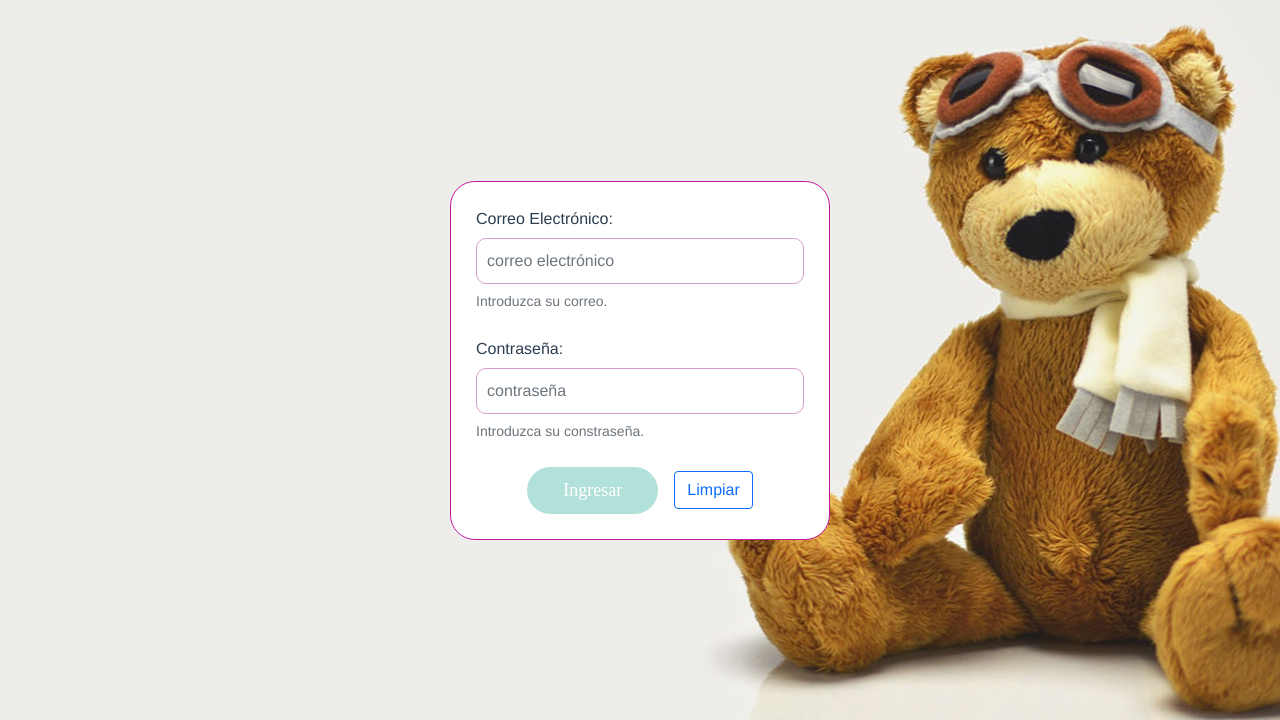
Repository: Darigo30/prueba-jugueteria
Page: /
These files come from the project's save history. The page is drawn as it stood at one moment and after the next save; the edit follows.
The browser window is 1280 px wide. The pictures show the whole page.
Some web fonts or font styles are not loaded; a fallback is used. The project was rebuilt for these pictures with package versions that can differ from the ones it lists, and the page was loaded fresh each time. Also part of the build but not shown: src/components/Editar.vue, src/components/Tabla.vue, src/components/Agregar.vue, src/views/Home.vue.

Above is the page before, as saved 2021-05-30 21:28:55.

### public/index.html
<!DOCTYPE html>
<html lang="">
  <head>
    <meta charset="utf-8">
    <meta http-equiv="X-UA-Compatible" content="IE=edge">
    <meta name="viewport" content="width=device-width,initial-scale=1.0">
    <link rel="icon" href="<%= BASE_URL %>favicon.ico">
    <link rel="preconnect" href="https://fonts.gstatic.com">
    <link href="https://fonts.googleapis.com/css2?family=Londrina+Solid:wght@300;400;900&display=swap" rel="stylesheet">
    <title><%= htmlWebpackPlugin.options.title %></title>
  </head>
  <body>
    <noscript>
      <strong>We're sorry but <%= htmlWebpackPlugin.options.title %> doesn't work properly without JavaScript enabled. Please enable it to continue.</strong>
    </noscript>
    <div id="app"></div>
    <!-- built files will be auto injected -->
  </body>
</html>

### src/main.js
import Vue from "vue";
import App from "./App.vue";
import router from "./router";
import store from "./store";
import { BootstrapVue, IconsPlugin } from "bootstrap-vue";

import "bootstrap/dist/css/bootstrap.css";
import "bootstrap-vue/dist/bootstrap-vue.css";

Vue.use(BootstrapVue);
Vue.use(IconsPlugin);

Vue.config.productionTip = false;

import firebase from "firebase";
import { firebaseConfig } from "../firebase";

firebase.initializeApp(firebaseConfig);

router.beforeEach((to, from, next) => {
  const isAuthenticated = localStorage.getItem("login");

  if (to.name !== "Login" && isAuthenticated !== "logueado")
    next({ name: "Login" });
  else if (to.name === "Login" && isAuthenticated === "logueado")
    next({ name: "Home" });
  else next();
});

new Vue({
  router,
  store,
  render: (h) => h(App),
}).$mount("#app");

### src/App.vue
<template>
  <div id="app">
    <router-view />
  </div>
</template>

<script>
import { mapActions } from "vuex";

export default {
  name: "App",
  methods: {
    ...mapActions(["getProductos"]),
  },
  created() {
    this.getProductos();
  },
};
</script>

<style lang="scss">
#app {
  font-family: Avenir, Helvetica, Arial, sans-serif;
  -webkit-font-smoothing: antialiased;
  -moz-osx-font-smoothing: grayscale;
  text-align: center;
  color: #2c3e50;
}

#nav {
  padding: 30px;

  a {
    font-weight: bold;
    color: #2c3e50;

    &.router-link-exact-active {
      color: #42b983;
    }
  }
}
</style>

### src/router/index.js
import Vue from "vue";
import VueRouter from "vue-router";
import Home from "../views/Home.vue";

Vue.use(VueRouter);

const routes = [
  {
    path: "/",
    name: "Home",
    component: Home,
  },
  {
    path: "/about",
    name: "About",
    // route level code-splitting
    // this generates a separate chunk (about.[hash].js) for this route
    // which is lazy-loaded when the route is visited.
    component: () =>
      import(/* webpackChunkName: "about" */ "../views/About.vue"),
  },
  {
    path: "/login",
    name: "Login",
    component: () =>
      import(/* webpackChunkName: "login" */ "../views/Login.vue"),
  },
];


const router = new VueRouter({
  mode: "history",
  base: process.env.BASE_URL,
  routes,
});

export default router;

### src/store/index.js
import Vue from "vue";
import Vuex from "vuex";
import firebase from "firebase";
import router from "@/router"

Vue.use(Vuex);

export default new Vuex.Store({
  state: {
    productos: [],
    titulos: [
      {
        label: "Código",
        key: "codigo",
      },
      {
        label: "Producto",
        key: "nombre",
      },
      {
        label: "Stock",
        key: "stock",
      },
      {
        label: "Precio",
        key: "precio",
      },
      {
        key: "actions",
        label: "Acciones",
      },
    ],
    editar: false,
    jugueteEditar: {
      nombre: "",
      precio: "",
      codigo: "",
      id: "",
      stock: "",
    },
  },
  mutations: {
    guardarProductos(state, payload) {
      const juguete = payload;
      if (!juguete) return;
      state.productos.push(juguete);
    },
    borrarProducto(state, payload) {
      const juguete = payload;
      if (!juguete) return;
      let borradoFila = state.productos.filter(juguetex => juguetex.codigo != payload.codigo );
      state.productos = borradoFila;
      console.log(borradoFila);
    },
    booleanEditar(state) {
      state.editar = true;
    },
    editarJuguete(state, payload) {
      const juguete = payload;
      state.jugueteEditar = juguete;
    },
    agregarJugueteAlState(state, payload) {
      const existeJuguete = state.productos.find((juguetito) => juguetito.codigo === payload.codigo);
       // Si no existe ingresar a la base de datos.
       if (!existeJuguete) state.productos.push(payload);
    }
  },
  actions: {
    async getProductos({ commit }) {
      const db = firebase.firestore();
      try {
        const req = await db.collection("juguetes").get();
        if (req) {
          req.docs.forEach((juguete) => {
            const obj = juguete.data();
            const id = juguete.id;
            obj.id = id;
            commit("guardarProductos", obj);
          });
        }
      } catch (error) {
        console.log(error);
      }
    },
    async deleteProducto({ commit }, payload) {
      const juguete = payload;
      if (!juguete) return;
      const idFirebase = juguete.id;

      // Eliminar desde Firebase
      try {
        const db = firebase.firestore();
        const req = await db.collection("juguetes").doc(idFirebase).delete();
        console.log(req);
      } catch (error) {
        console.log(error);
      }

      // Eliminar desde Vuex
      commit("borrarProducto", juguete);
    },
    //actualizar tabla juguetes
    async updateProducto({ commit }, payload) {
      const juguete = payload;
      if (!juguete) return;
      const idFirebase = juguete.id;

      // Firebase
      try {
        const req = await firebase.firestore().collection("juguetes").doc(idFirebase).update({
            codigo: juguete.codigo,
            stock: juguete.stock,
            nombre: juguete.nombre,
            precio: juguete.precio
          });
        console.log(req);
      } catch (error) {
        console.log(error);
      }
      // Vuex
      commit();
    },
    //Agrego nuevo producto
    async crearNuevoProducto({ commit }, payload) {
      const nuevo = payload;
      if (!nuevo) return;
     // Actualizar el state
      commit("agregarJugueteAlState", nuevo);
      await firebase.firestore().collection("juguetes").add(nuevo);
    },
    cerrar(){
      localStorage.removeItem("login")
      firebase.auth().signOut()
      .then(() => {
          router.push('/login')
          .catch(error => {
            console.info(error)
         });
      });
  }
  },
  modules: {},
});

### firebase.js
// import firebase from "firebase";

const firebaseConfig = {
  apiKey: "AIzaSyDvwglZwsMT4GnbYgCJ6nH0Bmr47wSCZrA",
  authDomain: "bd-dari.firebaseapp.com",
  projectId: "bd-dari",
  storageBucket: "bd-dari.appspot.com",
  messagingSenderId: "200953098330",
  appId: "1:200953098330:web:2519dca58d3ee2c2336863",
  measurementId: "G-12NBXGDB2J"
};
export { firebaseConfig };

### src/views/Login.vue
<template>
<div class="bg">
   <b-container>
    <b-row style="height: 100vh">
      <b-col class="m-auto fo" cols="12" md="4">
        <b-form-group
          label="Correo Electrónico:"
          description="Introduzca su correo."
          class="text-start mb-4"
        >
          <b-form-input
            v-model="form.email"
            type="email"
            placeholder="correo electrónico"
          ></b-form-input>
        </b-form-group>

        <b-form-group
          label="Contraseña:"
          description="Introduzca su constraseña."
          class="text-start mb-4"
        >

          <b-form-input
            v-model="form.pass"
            type="password"
            placeholder="contraseña"
          ></b-form-input>
        </b-form-group>

        <b-button @click="login" variant="success" class="me-3 agr-ju"
          >Ingresar</b-button
        >
        <b-button @click="limpiar" variant="outline-primary" class="lim">Limpiar</b-button>
      </b-col>
    </b-row>
  </b-container>
</div>

</template>

<script>
import firebase from "firebase";

export default {
  name: "Login",
  data() {
    return {
      form: {
        email: "",
        pass: "",
      },
    };
  },
  methods: {
    async login() {
      try {
        if (!this.form && !this.form.email && !this.form.pass) return;
        const req = await firebase
          .auth()
          .signInWithEmailAndPassword(this.form.email, this.form.pass);
        console.log(req);
        // if (req && req != null) this.$router.push("/");

        if (req && req != null) {
          localStorage.setItem("login", "logueado");
          this.$router.push("/");
        }
      } catch (error) {
        const errorCode = error.code;
        const errorMessage = error.message;
        console.log("Código de Error", errorCode);
        console.log("Mensaje de Error", errorMessage);
      }
    },
    limpiar() {
      if (!this.form) return;
      this.form.email = "";
      this.form.pass = "";
    },
  },
};
</script>
<style scoped>
    .bg{
      background-image: url('../assets/osito.jpg');
      background-position: center;
      background-repeat: no-repeat;
  }
  .fo{
    background: #fff;
    padding: 25px;
    border: 1px solid #c1189f;
    border-radius: 25px;
  }

  .form-control{
    border: 1px solid #d99dcd;
    border-radius: 10px;
    margin: 5px 0;
    padding: 10px;
}
.agr-ju{
    background: #b2e1d9;
    border: 0;
    color: #fff;
    font-weight: 400;
    padding: 10px;
    font-size: 18px;
    border-radius: 28px;
    font-family: 'Londrina Solid';
    width: 40%;

}
.btn-danger{
  background: #c1189f;
   border: none;
  border-radius: 15px;

}
</style>

After the next save:
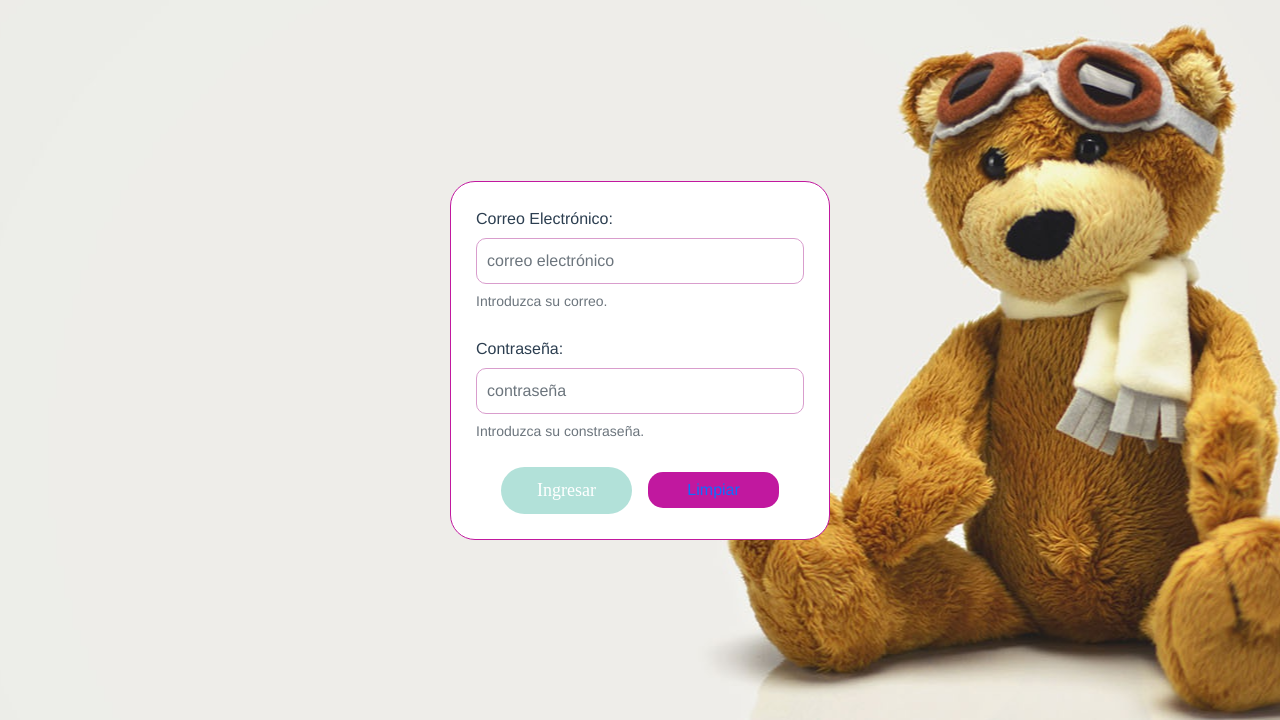
Saved 8 s later.
--- a/src/views/Login.vue
+++ b/src/views/Login.vue
@@ -112,10 +112,11 @@ export default {
     width: 40%;
 
 }
-.btn-danger{
+.lim{
   background: #c1189f;
    border: none;
   border-radius: 15px;
+  width: 40%;
 
 }
 </style>
